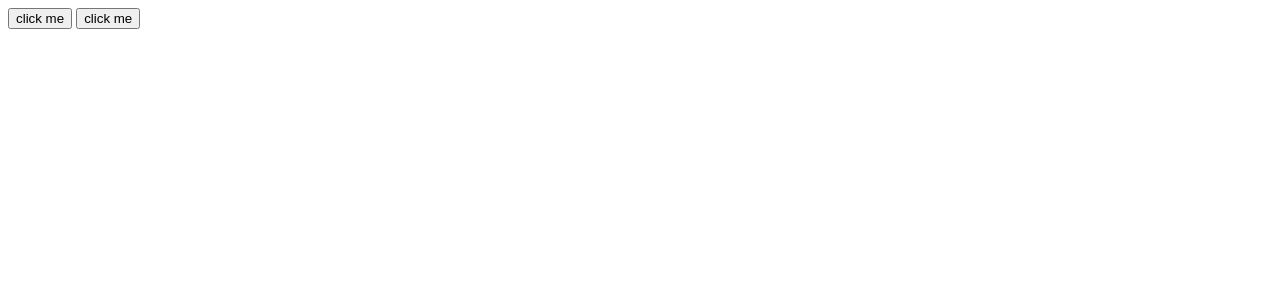
Repository: lwygold/vue
Page: learn-vue-js-master/playground/event-emit.html
An editor plug-in stored every save of this project. The page is shown before and after the next save, followed by the edit.
The browser window is 1280 px wide. The pictures show the whole page.

Above is the page before, as saved 2023-04-15 18:07:12.

After the next save:
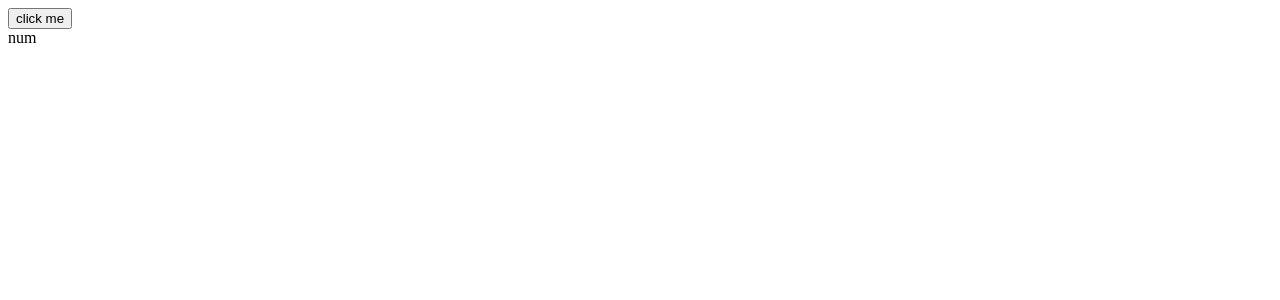
Saved 31 s later.
--- a/learn-vue-js-master/playground/event-emit.html
+++ b/learn-vue-js-master/playground/event-emit.html
@@ -9,7 +9,7 @@
 <body>
     <div id="app">
         <app-header v-on:pass="logText"></app-header>
-        <app-header v-on:pass="addNum"></app-header>
+        <app-content v-on:pass="addNum"></app-content>
     </div>
 
 
